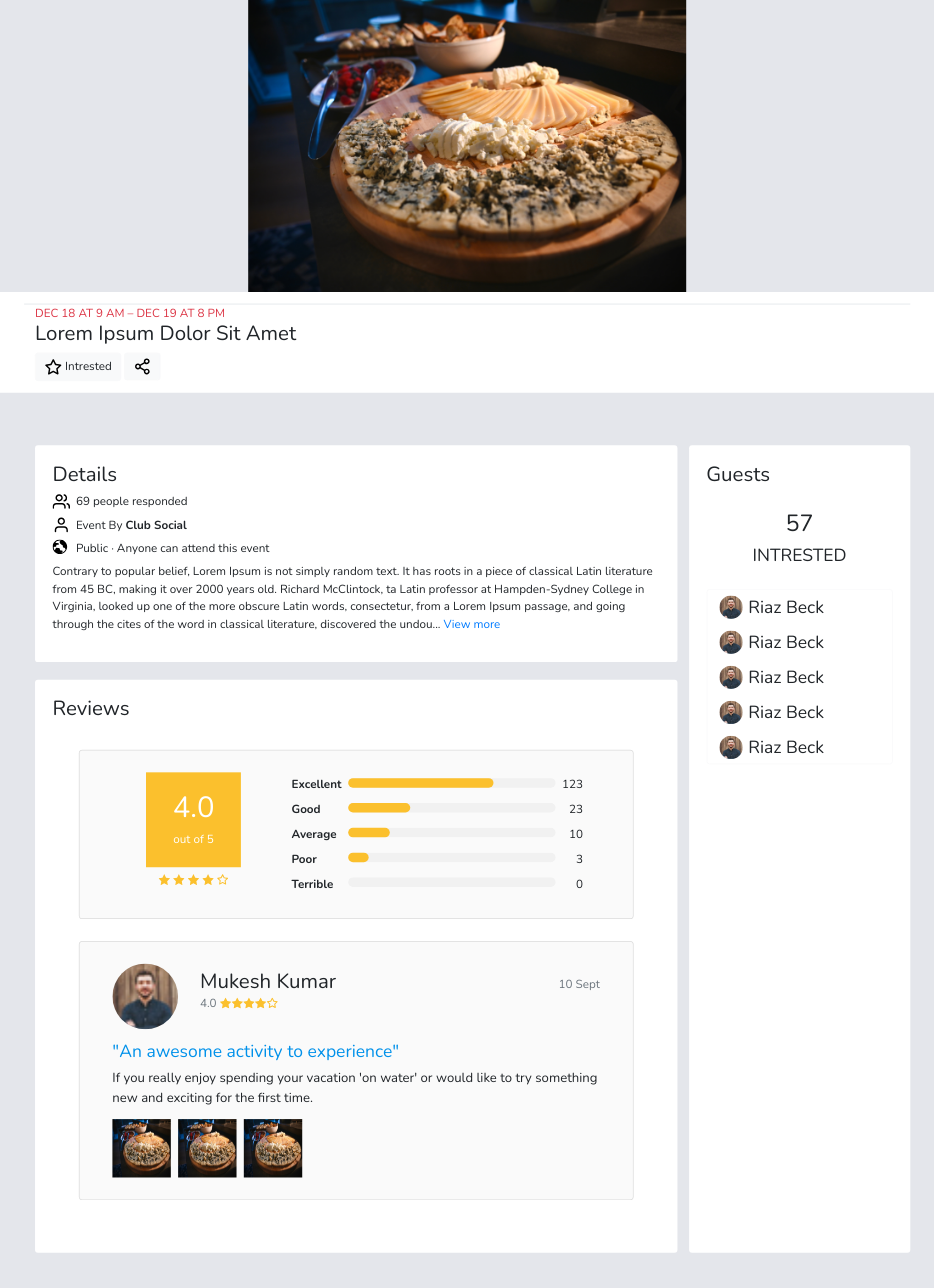
Repository: iamrachid/ensaevents
Page: event.html
An editor plug-in stored every save of this project. The page is shown before and after the next save, followed by the edit.
The browser window is 1280 px wide. The pictures show the whole page, at 73% of full size.

Above is the page before, as saved 2021-11-25 18:02:26.
Console error (its wording comes from the project's code and is left out).

### event.html
<html>

<head>
    <meta charset="UTF-8">
    <meta http-equiv="X-UA-Compatible" content="IE=edge">
    <meta name="viewport" content="width=device-width, initial-scale=1.0">
    <title>Document</title>
    <link rel="stylesheet" href="css/bootstrap.css">
    <link rel="stylesheet" href="css/style.css">
    <!-- Link Swiper's CSS -->
    <link rel="stylesheet" href="https://unpkg.com/swiper/swiper-bundle.min.css" />

    <link rel="preconnect" href="https://fonts.googleapis.com">
    <link rel="preconnect" href="https://fonts.gstatic.com" crossorigin>
    <link
        href="https://fonts.googleapis.com/css2?family=Nunito:ital,wght@0,200;0,300;0,400;0,600;0,700;0,800;0,900;1,200;1,300;1,400;1,600;1,700;1,800;1,900&display=swap"
        rel="stylesheet">
</head>

<body class="w-100">

    <div class="text-center bg-main d-flex justify-content-center">
        <img src="assets/img/card-1.jpg" class="cover-img">
    </div>
    <div class="py-3 px-md-5 px-3">
        <div class="row border-top">
            <div class="col-md-10 col-md-12">
                <span class="text-uppercase text-danger">DEC 18 AT 9 AM – DEC 19 AT 8 PM</span>
                <h3>Lorem Ipsum Dolor Sit Amet</h3>
            </div>
            <div class="col-md-2 col-sm-12">
                <button class="btn btn-light ">
                    <svg class="btn-icon">
                        <use xlink:href="assets/img/icons.svg#icon-star"></use>
                    </svg>
                    Intrested</button>
                <button class="btn btn-light">
                    <svg class="btn-icon">
                        <use xlink:href="assets/img/icons.svg#icon-share-2"></use>
                    </svg>
                </button>
            </div>
        </div>
    </div>

    <div class="p-md-5 p-0 bg-main">
        <div class="row">
            <div class="col-md-8 col-lg-9 pr-3 col-12">
                <div class="bg-white mt-4 p-4 rounded">
                    <h3>Details</h3>
                    <div class="d-flex">
                        <svg class="detail-icon mr-2 mb-2">
                            <use xlink:href="assets/img/icons.svg#icon-users"></use>
                        </svg>
                        <span>69 people responded</span>
                    </div>
                    <div class="d-flex">
                        <svg class="detail-icon mr-2  mb-2">
                            <use xlink:href="assets/img/icons.svg#icon-user"></use>
                        </svg>
                        <span>Event By <strong>Club Social</strong></span>
                    </div>
                    <div class="d-flex">
                        <svg class="detail-icon mr-2 mb-2">
                            <use xlink:href="assets/img/icons.svg#icon-public"></use>
                        </svg>
                        <span>Public · Anyone can attend this event</span>
                    </div>
                    <p>
                        <span>
                            Contrary to popular belief, Lorem Ipsum is not simply random text. It has roots in a piece
                            of
                            classical
                            Latin literature from 45 BC, making it over 2000 years old. Richard McClintock, ta Latin
                            professor
                            at
                            Hampden-Sydney College in Virginia, looked up one of the more obscure Latin words,
                            consectetur,
                            from
                            a
                            Lorem Ipsum passage, and going through the cites of the word in classical literature,
                            discovered
                            the
                            undou</span><span class="collapse  multi-collapse show fast" id="dots">...</span>
                        <span class="collapse  multi-collapse fast" id="more-text">btable source. Lorem Ipsum comes from
                            sections
                            1.10.32 and 1.10.33 of "de Finibus Bonorum et
                            Malorum" (The Extremes of Good and Evil) by Cicero, written in 45 BC. This book is a
                            treatise on
                            the
                            theory of ethics, very popular during the Renaissance. The first line of Lorem Ipsum, "Lorem
                            ipsum
                            dolor
                            sit amet..", comes from a line in section 1.10.32.
                        </span>

                        <a class="collapse  multi-collapse fast" type="button" id="less" data-toggle="collapse"
                            data-target=".multi-collapse" aria-expanded="false"
                            aria-controls="dots more less more-text">View less</a>
                        <a class="collapse show  multi-collapse fast" type="button" id="more" data-toggle="collapse"
                            data-target=".multi-collapse" aria-expanded="false"
                            aria-controls="dots more less more-text">View more</a>
                    </p>
                </div>
                <div class="bg-white mt-4 p-4 rounded">
                    <h3>Reviews</h3>


                    <div class="row justify-content-center">
                        <div class=" col-11 text-center mb-5">
                            <div class="card review-card">
                                <div class="row justify-content-start d-flex">
                                    <div class="col-md-4 d-flex flex-column">
                                        <div class="rating-box">
                                            <h1 class="pt-4">4.0</h1>
                                            <p class="">out of 5</p>
                                        </div>
                                        <div class="mt-1">
                                            <svg class="rating-icon">
                                                <use xlink:href="assets/img/icons.svg#icon-star-full"></use>
                                            </svg>
                                            <svg class="rating-icon">
                                                <use xlink:href="assets/img/icons.svg#icon-star-full"></use>
                                            </svg>
                                            <svg class="rating-icon">
                                                <use xlink:href="assets/img/icons.svg#icon-star-full"></use>
                                            </svg>
                                            <svg class="rating-icon">
                                                <use xlink:href="assets/img/icons.svg#icon-star-full"></use>
                                            </svg>
                                            <svg class="rating-icon">
                                                <use xlink:href="assets/img/icons.svg#icon-star"></use>
                                            </svg>
                                        </div>
                                    </div>
                                    <div class="col-md-8">
                                        <div class="rating-bar0 justify-content-center">
                                            <table class="text-left mx-auto">
                                                <tr>
                                                    <td class="rating-label">Excellent</td>
                                                    <td class="rating-bar">
                                                        <div class="bar-container">
                                                            <div class="bar-5"></div>
                                                        </div>
                                                    </td>
                                                    <td class="text-right">123</td>
                                                </tr>
                                                <tr>
                                                    <td class="rating-label">Good</td>
                                                    <td class="rating-bar">
                                                        <div class="bar-container">
                                                            <div class="bar-4"></div>
                                                        </div>
                                                    </td>
                                                    <td class="text-right">23</td>
                                                </tr>
                                                <tr>
                                                    <td class="rating-label">Average</td>
                                                    <td class="rating-bar">
                                                        <div class="bar-container">
                                                            <div class="bar-3"></div>
                                                        </div>
                                                    </td>
                                                    <td class="text-right">10</td>
                                                </tr>
                                                <tr>
                                                    <td class="rating-label">Poor</td>
                                                    <td class="rating-bar">
                                                        <div class="bar-container">
                                                            <div class="bar-2"></div>
                                                        </div>
                                                    </td>
                                                    <td class="text-right">3</td>
                                                </tr>
                                                <tr>
                                                    <td class="rating-label">Terrible</td>
                                                    <td class="rating-bar">
                                                        <div class="bar-container">
                                                            <div class="bar-1"></div>
                                                        </div>
                                                    </td>
                                                    <td class="text-right">0</td>
                                                </tr>
                                            </table>
                                        </div>
                                    </div>
                                </div>
                            </div>
                            <div class="card review-card">
                                <div class="row d-flex">
                                    <div class=""> <img class="profile-pic" src="assets/img/user.png"> </div>
                                    <div class="d-flex flex-column">
                                        <h3 class="mt-2 mb-0">Mukesh Kumar</h3>
                                        <div>
                                            <p class="text-left d-flex align-items-center"><span
                                                    class="text-muted mr-1">4.0</span>
                                                <svg class="rating-icon">
                                                    <use xlink:href="assets/img/icons.svg#icon-star-full"></use>
                                                </svg>
                                                <svg class="rating-icon">
                                                    <use xlink:href="assets/img/icons.svg#icon-star-full"></use>
                                                </svg>
                                                <svg class="rating-icon">
                                                    <use xlink:href="assets/img/icons.svg#icon-star-full"></use>
                                                </svg>
                                                <svg class="rating-icon">
                                                    <use xlink:href="assets/img/icons.svg#icon-star-full"></use>
                                                </svg>
                                                <svg class="rating-icon">
                                                    <use xlink:href="assets/img/icons.svg#icon-star"></use>
                                                </svg>
                                            </p>
                                        </div>
                                    </div>
                                    <div class="ml-auto">
                                        <p class="text-muted pt-5 pt-sm-3">10 Sept</p>
                                    </div>
                                </div>
                                <div class="row text-left">
                                    <h4 class="blue-text mt-3">"An awesome activity to experience"</h4>
                                    <p class="content">If you really enjoy spending your vacation 'on water' or would
                                        like
                                        to try something new and exciting for the first time.</p>
                                </div>
                                <div class="row text-left"> <img class="pic" src="assets/img/card-1.jpg"> <img
                                        class="pic" src="assets/img/card-1.jpg"> <img class="pic"
                                        src="assets/img/card-1.jpg"> </div>
                            </div>
                        </div>
                    </div>




                </div>
            </div>
            <div class="col-md-4 col-lg-3  col-sm-12 bg-white mt-4 p-4 rounded">
                <h3>Guests</h3>
                <div class="d-flex justify-content-center py-4">
                    <div class="d-flex flex-column align-items-center">
                        <h2 cla>57</h2>
                        <h4 class="text-uppercase">Intrested</h4>
                    </div>

                </div>
                <div class="overflow-auto border-light border rounded users px-2">
                    <div class="user d-flex align-items-center">
                        <img class="user-img m-2" src="assets/img/user.png" />
                        <span class="user-name">Riaz Beck</span>
                    </div>
                    <div class="user d-flex align-items-center">
                        <img class="user-img m-2" src="assets/img/user.png" />
                        <span class="user-name">Riaz Beck</span>
                    </div>
                    <div class="user d-flex align-items-center">
                        <img class="user-img m-2" src="assets/img/user.png" />
                        <span class="user-name">Riaz Beck</span>
                    </div>
                    <div class="user d-flex align-items-center">
                        <img class="user-img m-2" src="assets/img/user.png" />
                        <span class="user-name">Riaz Beck</span>
                    </div>
                    <div class="user d-flex align-items-center">
                        <img class="user-img m-2" src="assets/img/user.png" />
                        <span class="user-name">Riaz Beck</span>
                    </div>
                    <div class="user d-flex align-items-center">
                        <img class="user-img m-2" src="assets/img/user.png" />
                        <span class="user-name">Riaz Beck</span>
                    </div>
                    <div class="user d-flex align-items-center">
                        <img class="user-img m-2" src="assets/img/user.png" />
                        <span class="user-name">Riaz Beck</span>
                    </div>
                    <div class="user d-flex align-items-center">
                        <img class="user-img m-2" src="assets/img/user.png" />
                        <span class="user-name">Riaz Beck</span>
                    </div>
                    <div class="user d-flex align-items-center">
                        <img class="user-img m-2" src="assets/img/user.png" />
                        <span class="user-name">Riaz Beck</span>
                    </div>
                    <div class="user d-flex align-items-center">
                        <img class="user-img m-2" src="assets/img/user.png" />
                        <span class="user-name">Riaz Beck</span>
                    </div>
                </div>
            </div>
        </div>
        </ <script src="js/jquery-3.6.0.js">
        </script>
        <!-- Bootstrap -->
        <script src="js/bootstrap.js"></script>
        <!-- Swiper JS -->
        <script src="js/swiper-bundle.min.js"></script>

        <!-- Main script -->
        <script src="js/script.js"></script>

</body>

</html>

Loaded but not shown: css/bootstrap.css (library); js/bootstrap.js (library); js/swiper-bundle.min.js (library); js/jquery-3.6.0.js (library); js/script.js (53 lines, source omitted); css/style.css (270 lines, source omitted)

After the next save:
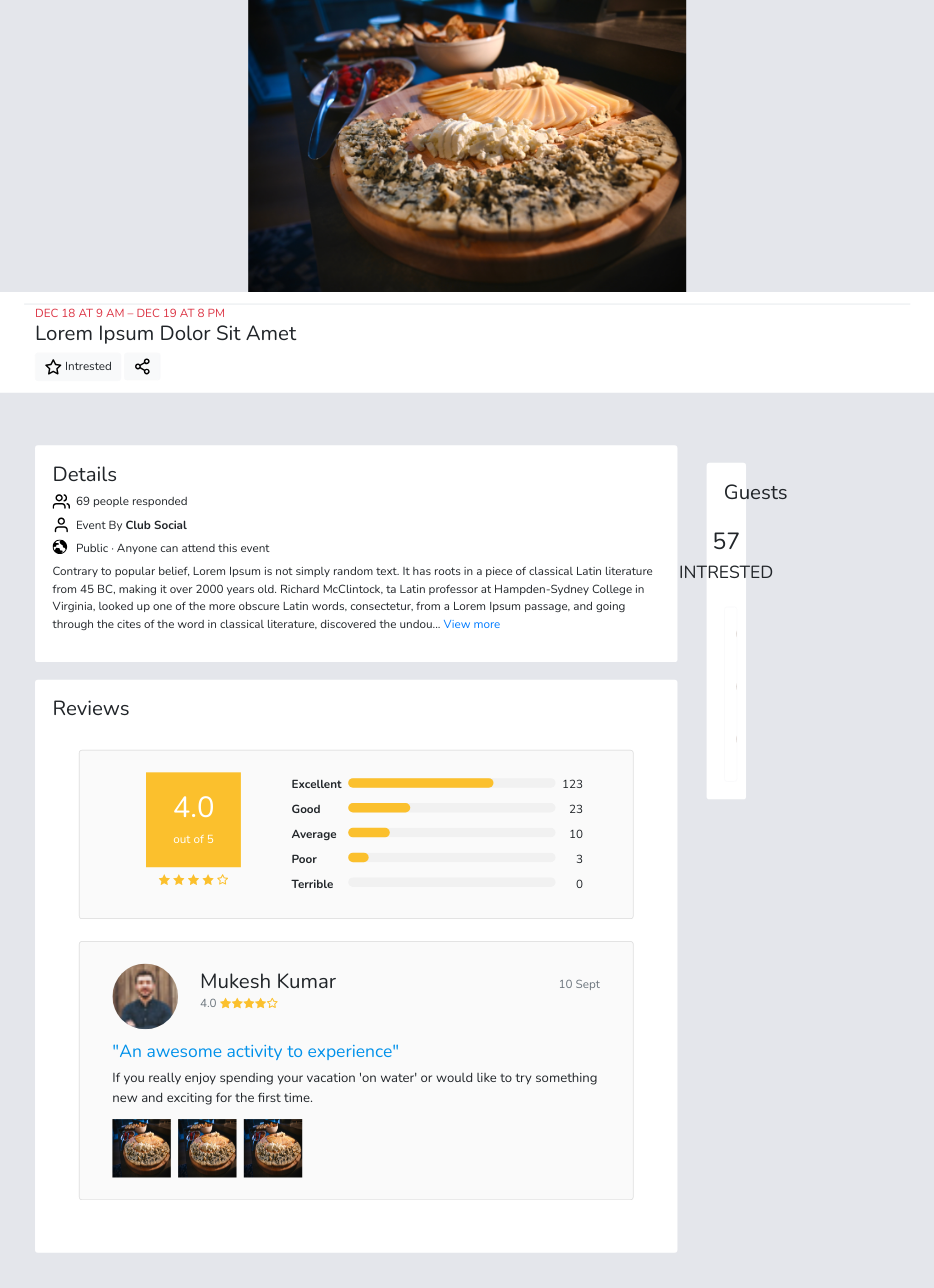
The error is gone.
Saved 2 min 51 s later.
--- a/event.html
+++ b/event.html
@@ -234,60 +234,62 @@
 
                 </div>
             </div>
-            <div class="col-md-4 col-lg-3  col-sm-12 bg-white mt-4 p-4 rounded">
-                <h3>Guests</h3>
-                <div class="d-flex justify-content-center py-4">
-                    <div class="d-flex flex-column align-items-center">
-                        <h2 cla>57</h2>
-                        <h4 class="text-uppercase">Intrested</h4>
-                    </div>
-
-                </div>
-                <div class="overflow-auto border-light border rounded users px-2">
-                    <div class="user d-flex align-items-center">
-                        <img class="user-img m-2" src="assets/img/user.png" />
-                        <span class="user-name">Riaz Beck</span>
-                    </div>
-                    <div class="user d-flex align-items-center">
-                        <img class="user-img m-2" src="assets/img/user.png" />
-                        <span class="user-name">Riaz Beck</span>
-                    </div>
-                    <div class="user d-flex align-items-center">
-                        <img class="user-img m-2" src="assets/img/user.png" />
-                        <span class="user-name">Riaz Beck</span>
-                    </div>
-                    <div class="user d-flex align-items-center">
-                        <img class="user-img m-2" src="assets/img/user.png" />
-                        <span class="user-name">Riaz Beck</span>
-                    </div>
-                    <div class="user d-flex align-items-center">
-                        <img class="user-img m-2" src="assets/img/user.png" />
-                        <span class="user-name">Riaz Beck</span>
-                    </div>
-                    <div class="user d-flex align-items-center">
-                        <img class="user-img m-2" src="assets/img/user.png" />
-                        <span class="user-name">Riaz Beck</span>
-                    </div>
-                    <div class="user d-flex align-items-center">
-                        <img class="user-img m-2" src="assets/img/user.png" />
-                        <span class="user-name">Riaz Beck</span>
-                    </div>
-                    <div class="user d-flex align-items-center">
-                        <img class="user-img m-2" src="assets/img/user.png" />
-                        <span class="user-name">Riaz Beck</span>
-                    </div>
-                    <div class="user d-flex align-items-center">
-                        <img class="user-img m-2" src="assets/img/user.png" />
-                        <span class="user-name">Riaz Beck</span>
-                    </div>
-                    <div class="user d-flex align-items-center">
-                        <img class="user-img m-2" src="assets/img/user.png" />
-                        <span class="user-name">Riaz Beck</span>
+            <div class="p-4">
+                <div class="col-md-4 col-lg-3  col-sm-12 bg-white mt-4 p-4 rounded">
+                    <h3>Guests</h3>
+                    <div class="d-flex justify-content-center py-4">
+                        <div class="d-flex flex-column align-items-center">
+                            <h2 cla>57</h2>
+                            <h4 class="text-uppercase">Intrested</h4>
+                        </div>
+
+                    </div>
+                    <div class="overflow-auto border-light border rounded users px-2">
+                        <div class="user d-flex align-items-center">
+                            <img class="user-img m-2" src="assets/img/user.png" />
+                            <span class="user-name">Riaz Beck</span>
+                        </div>
+                        <div class="user d-flex align-items-center">
+                            <img class="user-img m-2" src="assets/img/user.png" />
+                            <span class="user-name">Riaz Beck</span>
+                        </div>
+                        <div class="user d-flex align-items-center">
+                            <img class="user-img m-2" src="assets/img/user.png" />
+                            <span class="user-name">Riaz Beck</span>
+                        </div>
+                        <div class="user d-flex align-items-center">
+                            <img class="user-img m-2" src="assets/img/user.png" />
+                            <span class="user-name">Riaz Beck</span>
+                        </div>
+                        <div class="user d-flex align-items-center">
+                            <img class="user-img m-2" src="assets/img/user.png" />
+                            <span class="user-name">Riaz Beck</span>
+                        </div>
+                        <div class="user d-flex align-items-center">
+                            <img class="user-img m-2" src="assets/img/user.png" />
+                            <span class="user-name">Riaz Beck</span>
+                        </div>
+                        <div class="user d-flex align-items-center">
+                            <img class="user-img m-2" src="assets/img/user.png" />
+                            <span class="user-name">Riaz Beck</span>
+                        </div>
+                        <div class="user d-flex align-items-center">
+                            <img class="user-img m-2" src="assets/img/user.png" />
+                            <span class="user-name">Riaz Beck</span>
+                        </div>
+                        <div class="user d-flex align-items-center">
+                            <img class="user-img m-2" src="assets/img/user.png" />
+                            <span class="user-name">Riaz Beck</span>
+                        </div>
+                        <div class="user d-flex align-items-center">
+                            <img class="user-img m-2" src="assets/img/user.png" />
+                            <span class="user-name">Riaz Beck</span>
+                        </div>
                     </div>
                 </div>
             </div>
         </div>
-        </ <script src="js/jquery-3.6.0.js">
+        <script src="js/jquery-3.6.0.js">
         </script>
         <!-- Bootstrap -->
         <script src="js/bootstrap.js"></script>
